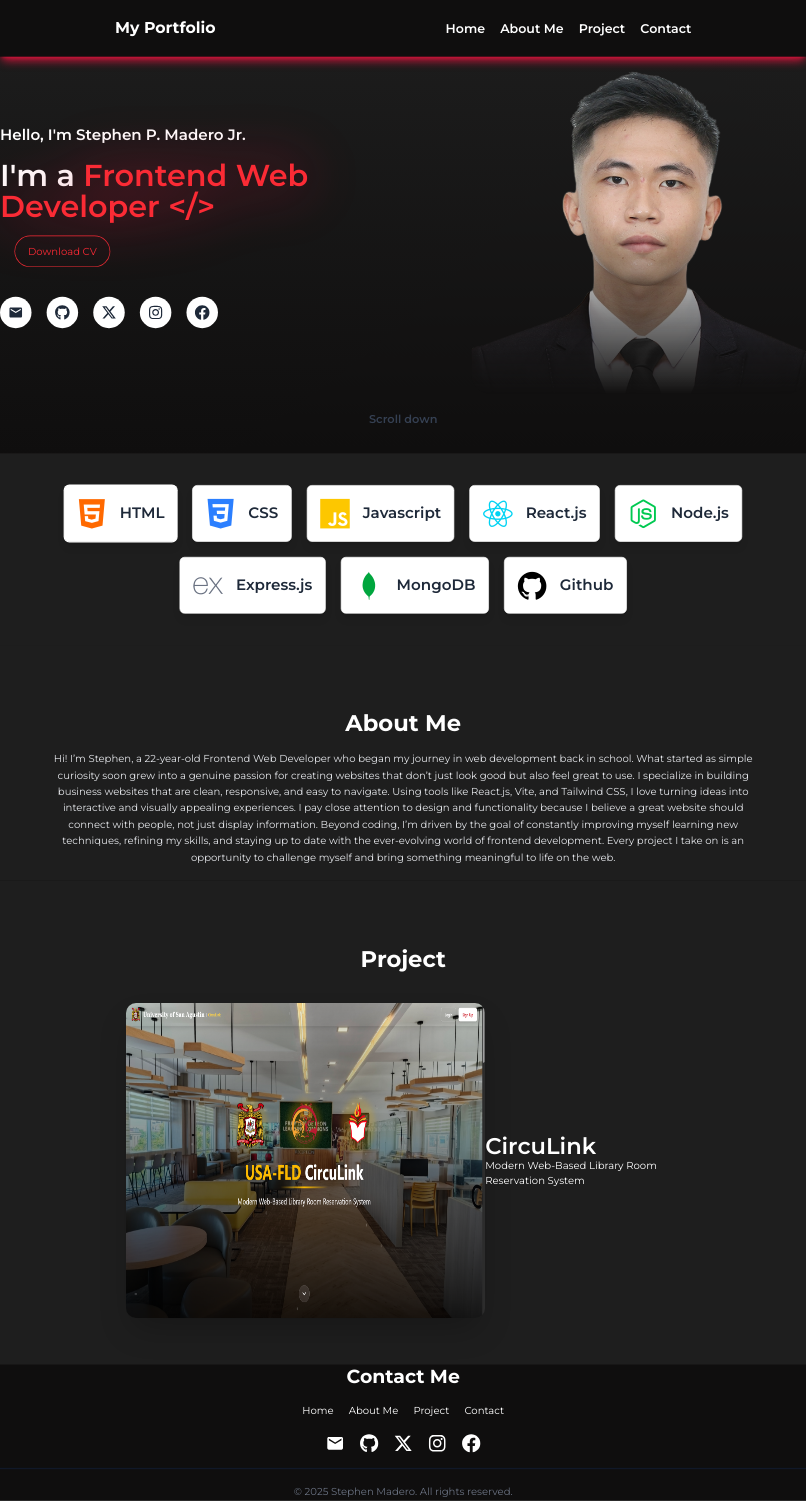
Repository: KaguyaKawaii/portfolio
Page: / (app in frontend/)
The author's editor kept a copy of each file at every save. The page is drawn from the files as they stood at one save, then again after the next save.
The browser window is 1280 px wide. The pictures show the whole page, at 63% of full size.
Some web libraries are served in a nearby version. The project was rebuilt for these pictures with package versions that can differ from the ones it lists, and the page was loaded fresh each time. Also part of the build but not shown: frontend/vite.config.js.

Above is the page before, as saved 2025-10-29 00:10:12.

### frontend/src/main.jsx
import { StrictMode } from 'react'
import { createRoot } from 'react-dom/client'
import './index.css'
import App from './App.jsx'
import "devicon/devicon.min.css";



createRoot(document.getElementById('root')).render(
  <StrictMode>
    <App />
  </StrictMode>,
)

### frontend/src/index.css
/* ✅ 1️⃣ Google Fonts first */
@import url('https://fonts.googleapis.com/css2?family=Montserrat:wght@400;500;600;700&display=swap');

/* ✅ 2️⃣ Then Tailwind (only once) */
@import "tailwindcss";

/* ✅ 3️⃣ Optional: your own CSS rules */
body {
  font-family: 'Montserrat', sans-serif;
}

html {
  scroll-behavior: smooth;
}

### frontend/src/App.jsx
import { useState } from 'react'
import pic from './assets/image.png'
import project from './assets/project.png'
import project2 from './assets/project2.png'
import { FaGithub, FaInstagram, FaFacebook } from "react-icons/fa";
import { FaXTwitter } from "react-icons/fa6";
import { MdEmail } from "react-icons/md";


function App() {

  return (
    <>
      <header className='bg-[#0F0E0E] h-[90px] w-full shadow-lg shadow-[#dc143c] absolute top-0 z-50'>
        <div className='flex justify-around items-center h-full text-white'>
          <h1 className='font-bold font-montserrat text-[25px]'>My Portfolio</h1>

          <div className='flex font-montserrat gap-6 font-semibold text-[20px]'>

            <button
              onClick={() => {
                document.getElementById("home").scrollIntoView();
              }}
              className="hover:text-red-500 duration-300 cursor-pointer"
            >

            <p className=''>Home</p>
            </button>

            <button
              onClick={() => {
                document.getElementById("about").scrollIntoView();
              }}
              className="hover:text-red-500 duration-300 cursor-pointer"
            >

            <p>About Me</p>
            </button>

            <button
              onClick={() => {
                document.getElementById("project").scrollIntoView();
              }}
              className="hover:text-red-500 duration-300 cursor-pointer"
            >

            <p>Project</p>
            </button>

            <button
              onClick={() => {
                document.getElementById("contact").scrollIntoView();
              }}
              className="hover:text-red-500 duration-300 cursor-pointer"
            >

            <p>Contact</p>
            </button>
          </div>
        </div>
      </header>

      <body className='bg-linear-180 from-[#1E1E1E] to-[#0F0E0E] h-screen text-white'>
        <div id='home' className='flex justify-around items-center h-screen'>
          <div>
            <div className='text-2xl'>
              <h1 className='font-semibold'>Hello, I'm Stephen P. Madero Jr.</h1>

            </div>
            <div className='mt-6 animate-fade-in'>
              <p className='font-semibold text-5xl'>I'm a  <span className="drop-shadow-[0_0_50px_#dc143c] text-red-500 animate-pulse">Frontend Web Developer &lt;/&gt;</span></p>

              <div className='m-6'>

                  <p className='ring-1 ring-red-500 text-red-500 rounded-3xl w-[150px] p-3 text-center hover:text-gray-800 hover:bg-white hover:ring-gray-800 transition-all duration-300 cursor-pointer'>Download CV</p>

              </div>

              <div className='flex gap-6 pt-6'>
                {/* Email */}
              <a
                href=""
                className="text-gray-800 hover:text-red-600 transition bg-white rounded-full p-2  w-[50px] h-[50px] text-2xl flex justify-center items-center"
              >
                <MdEmail />
              </a>

              {/* GitHub */}
              <a
                href="https://github.com/stephenmadero"
                target="_blank"
                rel="noopener noreferrer"
                className="text-gray-800 hover:text-red-600 transition bg-white rounded-full p-2  w-[50px] h-[50px] text-2xl flex justify-center items-center"
              >
                <FaGithub />
              </a>

              {/* Twitter */}
              <a
                href="https://twitter.com/stephenmadero"
                target="_blank"
                rel="noopener noreferrer"
                className="text-gray-800 hover:text-red-600 transition bg-white rounded-full p-2  w-[50px] h-[50px] text-2xl flex justify-center items-center"
              >
                <FaXTwitter />
              </a>

              {/* Instagram */}
              <a
                href="https://instagram.com/stephenmadero"
                target="_blank"
                rel="noopener noreferrer"
                className="text-gray-800 hover:text-red-600 transition bg-white rounded-full p-2  w-[50px] h-[50px] text-2xl flex justify-center items-center"
              >
                <FaInstagram />
              </a>

              {/* Facebook */}
              <a
                href="https://facebook.com/stephenmadero"
                target="_blank"
                rel="noopener noreferrer"
                className="text-gray-800 hover:text-red-600 transition bg-white rounded-full p-2  w-[50px] h-[50px] text-2xl flex justify-center items-center"
              >
                <FaFacebook />
              </a>
              </div>

            </div>
          </div>

          <div className=''>
          <img
            src={pic}
            alt="profile"
            className="w-full h-full object-cover rounded-4xl"
            style={{
              maskImage: "linear-gradient(to bottom, black 50%, transparent 100%)",
              WebkitMaskImage: "linear-gradient(to bottom, black 50%, transparent 100%)",
            }}
          />
          </div>
        </div>

        <div className='flex justify-center items-center text-gray-700 text-lg font-montserrat font-semibold animate-pulse absolute bottom-10 w-full'>
          Scroll down
        </div>

          {/* Body 2 */}
          <div className='h-full w-full pt-20 pb-20 bg-[#1E1E1E] '>

            <div className='flex gap-6 justify-center items-center h-[20vh] font-semibold text-3xl text-white'>
              <div className="flex flex-wrap gap-6 justify-center">

                <div className="flex flex-wrap gap-6 justify-center text-white">
                  {/* HTML5 */}
                  <div className="flex items-center hover:scale-110 transition-all ring-1 hover:ring-red-100 rounded-lg p-5 gap-5 bg-white shadow-lg hover:shadow-red-500 duration-500">
                    <i className="devicon-html5-plain text-orange-500 text-5xl"></i>
                    <p className='text-2xl text-gray-800 font-semibold'>HTML</p>
                  </div>

                  {/* CSS3 */}
                  <div className="flex items-center hover:scale-110 transition-transform border rounded-lg p-5 gap-5 bg-white shadow-lg hover:shadow-red-500 duration-500">
                    <i className="devicon-css3-plain text-blue-500 text-5xl"></i>
                    <p className='text-2xl text-gray-800 font-semibold'>CSS</p>
                  </div>

                  {/* JavaScript */}
                  <div className="flex items-center hover:scale-110 transition-transform border rounded-lg p-5 gap-5 bg-white shadow-lg hover:shadow-red-500 duration-500">
                    <i className="devicon-javascript-plain text-yellow-400 text-5xl"></i>
                    <p className='text-2xl text-gray-800 font-semibold'>Javascript</p>
                  </div>

                  {/* React.js */}
                  <div className="flex items-center hover:scale-110 transition-transform border rounded-lg p-5 gap-5 bg-white shadow-lg hover:shadow-red-500 duration-500">
                    <i className="devicon-react-original text-cyan-400 text-5xl"></i>
                    <p className='text-2xl text-gray-800 font-semibold'>React.js</p>
                  </div>



                  {/* Node.js */}
                  <div className="flex items-center hover:scale-110 transition-transform border rounded-lg p-5 gap-5 bg-white shadow-lg hover:shadow-red-500 duration-500">
                    <i className="devicon-nodejs-plain text-green-500 text-5xl"></i>
                    <p className='text-2xl text-gray-800 font-semibold'>Node.js</p>
                  </div>

                  {/* Express.js */}
                  <div className="flex items-center hover:scale-110 transition-transform border rounded-lg p-5 gap-5 bg-white shadow-lg hover:shadow-red-500 duration-500">
                    <i className="devicon-express-original text-gray-500 text-5xl"></i>
                    <p className='text-2xl text-gray-800 font-semibold'>Express.js</p>
                  </div>

                  {/* MongoDB */}
                  <div className="flex items-center hover:scale-110 transition-transform border rounded-lg p-5 gap-5 bg-white shadow-lg hover:shadow-red-500 duration-500">
                    <i className="devicon-mongodb-plain text-green-600 text-5xl"></i>
                    <p className='text-2xl text-gray-800 font-semibold'>MongoDB</p>
                  </div>

                  {/* GitHub */}
                  <div className="flex items-center hover:scale-110 transition-transform border rounded-lg p-5 gap-5 bg-white shadow-lg hover:shadow-red-500 duration-500">
                    <i className="devicon-github-original text-black text-5xl"></i>
                    <p className='text-2xl text-gray-800 font-semibold'>Github</p>

                  </div>
                </div>

              </div>

            </div>



          </div>

          <div id='about' className='h-full pt-6 pb-6 bg-[#1E1E1E]'>
              <h1 className='text-white font-montserrat text-4xl font-bold text-center pt-20'>About Me</h1>
              <p className='text-gray-200 font-montserrat text-center mt-6 mx-20 leading-relaxed'>
Hi! I’m Stephen, a 22-year-old Frontend Web Developer who began my journey in web development back in school. What started as simple curiosity soon grew into a genuine passion for creating websites that don’t just look good but also feel great to use.

I specialize in building business websites that are clean, responsive, and easy to navigate. Using tools like React.js, Vite, and Tailwind CSS, I love turning ideas into interactive and visually appealing experiences. I pay close attention to design and functionality because I believe a great website should connect with people, not just display information.

Beyond coding, I’m driven by the goal of constantly improving myself learning new techniques, refining my skills, and staying up to date with the ever-evolving world of frontend development. Every project I take on is an opportunity to challenge myself and bring something meaningful to life on the web.              </p>

          </div>

          <div id='project' className='h-full pt-6 pb-6 bg-[#1E1E1E]'>

            <h1 className='text-white font-montserrat text-4xl font-bold text-center pt-20'>Project</h1>

              <div className='flex flex-col'>
                <div className='flex items-center justify-between mx-50  h-[600px]'>

                  <div>
                    <a href="https://circulink-beta-testing.vercel.app/" target="_blank" rel="">
                    <img src={project}
                    className='rounded-2xl shadow-2xl hover:shadow-red-800 transition-all duration-500 hover:scale-110 w-[800px] h-[500px]'
                    alt="" />
                    </a>
                  </div>

                  <div className=''>
                    <h1 className='text-4xl font-semibold' >CircuLink</h1>
                    <p>Modern Web-Based Library Room Reservation System</p>
                  </div>

                </div>

                {/* <div className='flex items-center justify-between mx-50  h-[600px]'>
                   <div className='text-left'>
                    <h1 className='text-4xl font-semibold' >DeliverDash</h1>
                    <p>Fast and Reliable Delivery Services</p>
                  </div>

                  <div>
                    <img src={project2}
                    className='rounded-2xl  shadow-2xl hover:shadow-red-800 transition-all duration-500 hover:scale-110 w-[800px] h-[500px]'
                    alt="" />
                  </div>



                </div> */}


              </div>


          </div>

          <div id="contact" className="h-[30vh] flex flex-col items-center justify-center bg-[#0F0E0E] text-white text-center">
            <h2 className="text-3xl font-bold mb-6">Contact Me</h2>
            <div className='flex gap-6'>
              <button
              onClick={() => {
                document.getElementById("home").scrollIntoView();
              }}
              className="hover:text-red-500 duration-300 cursor-pointer"
            >

            <p className=''>Home</p>
            </button>

            <button
              onClick={() => {
                document.getElementById("about").scrollIntoView();
              }}
              className="hover:text-red-500 duration-300 cursor-pointer"
            >

            <p>About Me</p>
            </button>

            <button
              onClick={() => {
                document.getElementById("project").scrollIntoView();
              }}
              className="hover:text-red-500 duration-300 cursor-pointer"
            >

            <p>Project</p>
            </button>

            <button
              onClick={() => {
                document.getElementById("contact").scrollIntoView();
              }}
              className="hover:text-red-500 duration-300 cursor-pointer"
            >

            <p>Contact</p>
            </button>
            </div>

            <div className="flex justify-center gap-6 text-3xl mt-6">




              {/* Email */}
              <a
                href="mailto:stephenmadero.dev@gmail.com"
                className="hover:text-[#dc143c] transition"
              >
                <MdEmail />
              </a>

              {/* GitHub */}
              <a
                href="https://github.com/stephenmadero"
                target="_blank"
                rel="noopener noreferrer"
                className="hover:text-[#dc143c] transition"
              >
                <FaGithub />
              </a>

              {/* Twitter */}
              <a
                href="https://twitter.com/stephenmadero"
                target="_blank"
                rel="noopener noreferrer"
                className="hover:text-[#dc143c] transition"
              >
                <FaXTwitter />
              </a>

              {/* Instagram */}
              <a
                href="https://instagram.com/stephenmadero"
                target="_blank"
                rel="noopener noreferrer"
                className="hover:text-[#dc143c] transition"
              >
                <FaInstagram />
              </a>

              {/* Facebook */}
              <a
                href="https://facebook.com/stephenmadero"
                target="_blank"
                rel="noopener noreferrer"
                className="hover:text-[#dc143c] transition"
              >
                <FaFacebook />
              </a>
            </div>



            <div className='border-t-2 w-full mt-6 border-gray-900'>
              <p className="mt-6 text-gray-500">© 2025 Stephen Madero. All rights reserved.</p>
            </div>
          </div>

      </body>




    </>
  )
}

export default App

Loaded but not shown: frontend/index.html (common file)

After the next save:
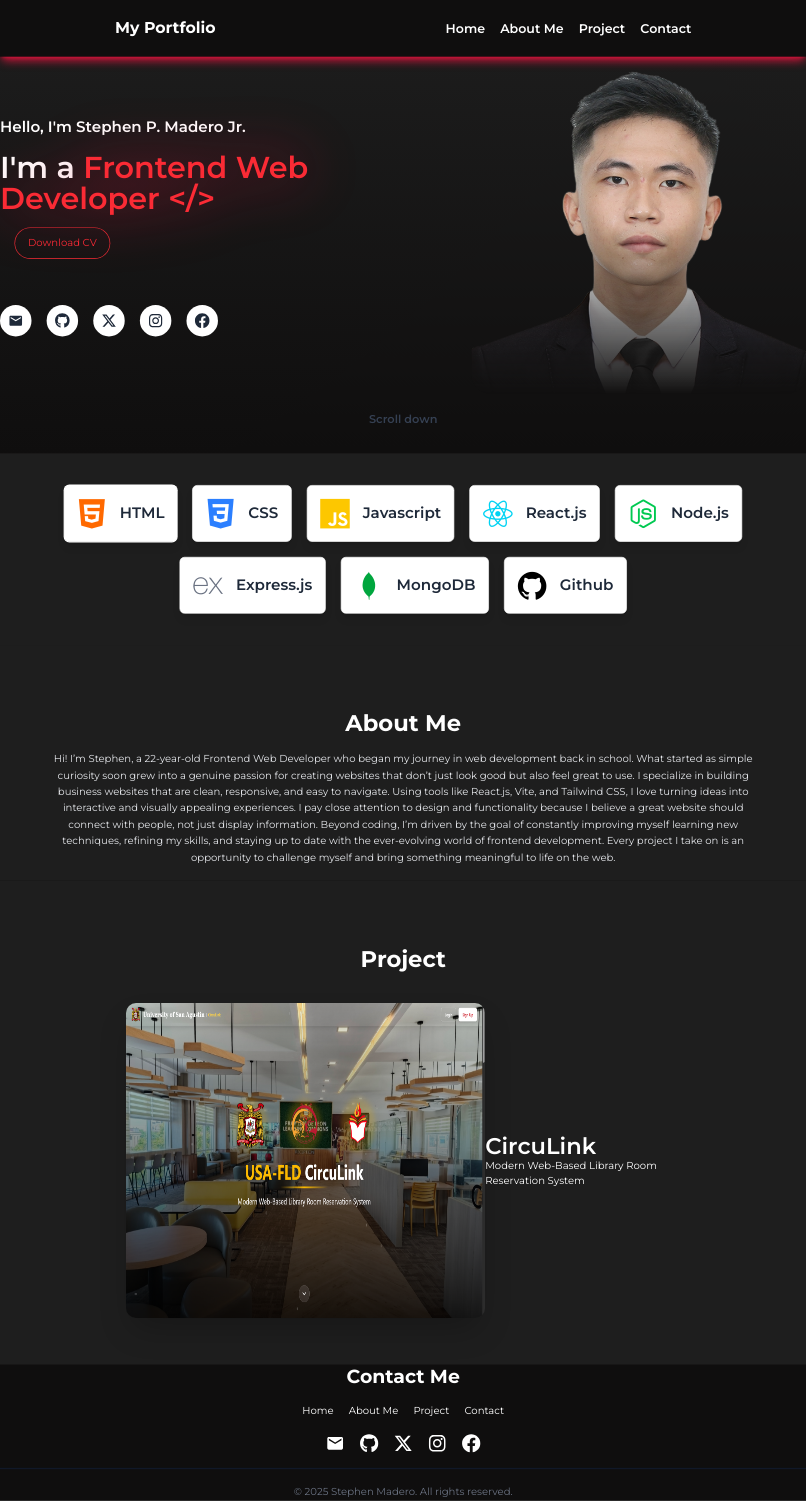
Saved 6 s later.
--- a/frontend/src/App.jsx
+++ b/frontend/src/App.jsx
@@ -76,7 +76,7 @@
 
               </div>
 
-              <div className='flex gap-6 pt-6'>
+              <div className='flex gap-6 pt-[50px]'>
                 {/* Email */}
               <a
                 href=""
